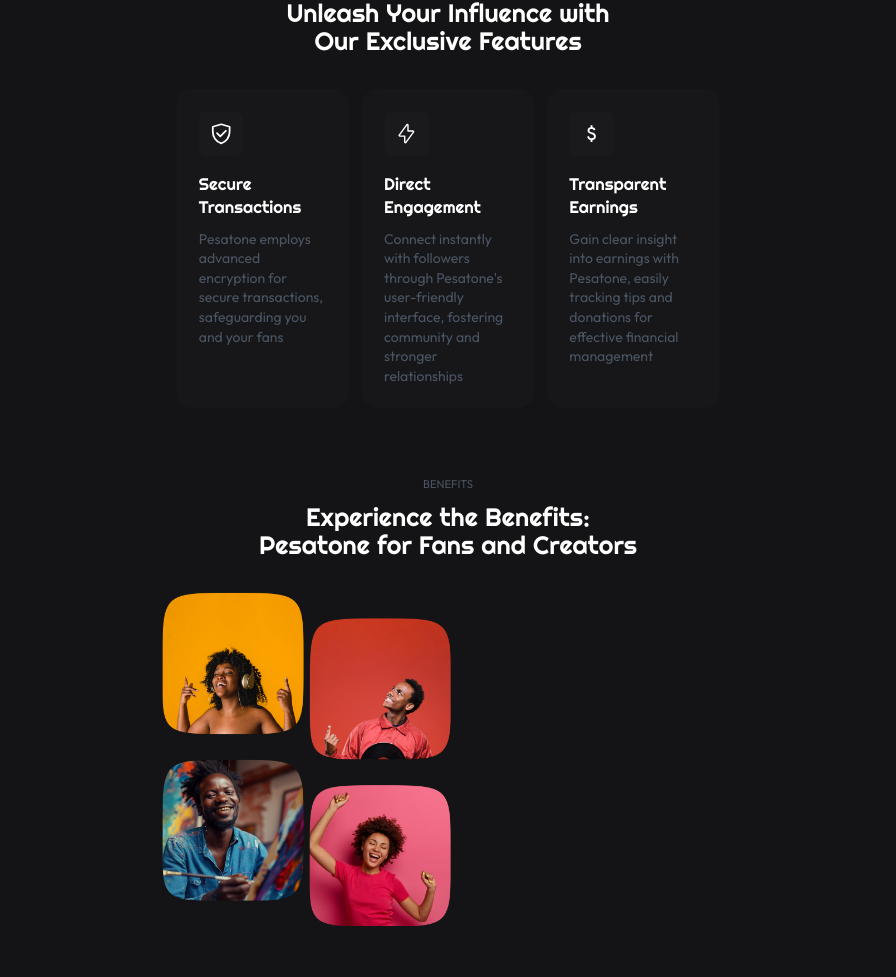
Repository: felixdusengimana/capstone-project-mirror
Page: / (app in frontend/)
An editor plug-in stored every save of this project. The page is shown before and after the next save, followed by the edit.
The browser window is 1280 px wide. The pictures show the part of the page from y = 1077 to 2997 px (the page is 2473 px tall before and 2997 px after), at 70% of full size.
The project was rebuilt for these pictures with package versions that can differ from the ones it lists, and the page was loaded fresh each time. The framework's server and built-in components were replaced by stand-ins that run in the browser. Also part of the build but not shown: frontend/next.config.mjs.

Above is the page before, as saved 2024-03-11 15:17:43.

### frontend/app/layout.tsx
import type { Metadata } from "next";
import { Righteous, Outfit } from "next/font/google";
import "./globals.css";

const outfit = Outfit({ subsets: ["latin"], variable: "--font-outfit" });
const righteous = Righteous({
  subsets: ["latin"],
  variable: "--font-righteous",
  weight: "400",
});

export const metadata: Metadata = {
  title: "Pesatone - Search and gift your favorite creators",
  description:
    "A place where fans show gratitude to the African content creators they love!",
};

export default function RootLayout({
  children,
}: Readonly<{
  children: React.ReactNode;
}>) {
  return (
    <html lang="en">
      <body className={`${outfit.variable} ${righteous.variable} font-sans`}>
        {children}
      </body>
    </html>
  );
}

### frontend/app/page.tsx
import Avatar from "@/components/atoms/Avatar";
import Headline from "@/components/atoms/Headline";
import Card from "@/components/molecules/Card";
import Intro from "@/components/organisms/Intro";
import Navbar from "@/components/organisms/Navbar";
import Image from "next/image";
import React from "react";

export default function page() {
  return (
    <div className="py-[73px]">
      <Navbar />
      <Intro />
      <section className="mt-24 page-padding">
        <div className="max-w-[503px] mx-auto text-center">
          <h5 className="uppercase text-gray-600 mb-4">features</h5>
          <Headline className="text-4xl text-center">
            Unleash Your Influence with Our Exclusive Features
          </Headline>
        </div>
        <div className="grid grid-cols-3 gap-[18px] mt-12">
          <Card title="Secure Transactions" icon="secure">
            Pesatone employs advanced encryption for secure transactions,
            safeguarding you and your fans
          </Card>
          <Card title="Direct Engagement" icon="fast">
            Connect instantly with followers through Pesatone&apos;s
            user-friendly interface, fostering community and stronger
            relationships
          </Card>
          <Card title="Transparent Earnings" icon="dollar">
            Gain clear insight into earnings with Pesatone, easily tracking tips
            and donations for effective financial management
          </Card>
        </div>
      </section>

      <section className="mt-24 page-padding">
        <div className="max-w-[543px] mx-auto text-center">
          <h5 className="uppercase text-gray-600 mb-4">BENEFITS</h5>
          <Headline className="text-4xl text-center">
            Experience the Benefits: Pesatone for Fans and Creators
          </Headline>
        </div>
        <div className="grid grid-cols-2 gap-[18px] mt-12">
          <div className="grid grid-cols-2 w-fit">
            <Avatar
              alt="Profile 1"
              src="/profiles/profile4.png"
              size="2xl"
              circle={false}
              className="ml-[-20px]"
            />
            <Avatar
              alt="Profile 2"
              src={"/profiles/profile3.png"}
              size="2xl"
              circle={false}
              className="mt-[36px]"
            />
            <Avatar
              alt="Profile 3"
              src={"/profiles/profile2.png"}
              size="2xl"
              circle={false}
              className="ml-[-20px]"
            />
            <Avatar
              alt="Profile 4"
              src={"/profiles/profile1.png"}
              size="2xl"
              circle={false}
              className="mt-[36px]"
            />
          </div>
          <div></div>
        </div>
      </section>
    </div>
  );
}

### frontend/app/globals.css
@tailwind base;
@tailwind components;
@tailwind utilities;

:root {
  --bg: #141416;
  --bg-hover: #232326;
  --secondary-color: #17171A;
  --foreground-rgb: 0, 0, 0;
  --background-start-rgb: 214, 219, 220;
  --background-end-rgb: 255, 255, 255;
}

@media (prefers-color-scheme: dark) {
  :root {
    --foreground-rgb: 255, 255, 255;
    --background-start-rgb: 0, 0, 0;
    --background-end-rgb: 0, 0, 0;
  }
}

body {
  background: var(--bg);
  color: rgb(var(--foreground-rgb));
}

@layer utilities {
  .text-balance {
    text-wrap: balance;
  }
}

.page-padding {
  padding: 0 252px;
}

### frontend/components/atoms/Avatar.tsx
/* eslint-disable @next/next/no-img-element */
import { ComponentProps } from "react";
import Icon from "./Icon";

interface AvatarProps extends ComponentProps<"div"> {
  src: string;
  alt?: string;
  size?: "sm" | "md" | "lg" | "xl" | "2xl";
  circle?: boolean;
  bordered?: boolean;
  fallBackText?: string;
}
export default function Avatar({ ...props }: AvatarProps) {
  const {
    src,
    alt,
    size = "sm",
    circle = true,
    fallBackText,
    bordered,
    ...rest
  } = props;

  const sizeClasses = {
    sm: "w-10 h-10",
    md: "w-12 h-12",
    lg: "w-16 h-16",
    xl: "w-[150px] h-[150px]",
    "2xl": "w-[202px] h-[202px]",
  };

  return (
    <div
      {...rest}
      className={`${src ? "bg-transparent" : "bg-gray-100"} ${
        circle ? "rounded-full" : "rounded"
      } ${bordered ? "border-2 border-white" : ""} ${sizeClasses[size]} ${
        rest.className
      } flex items-center justify-center overflow-hidden`}
    >
      {src ? (
        <img
          src={src}
          alt={alt}
          className={`w-full ${sizeClasses[size]} object-cover`}
        />
      ) : fallBackText ? (
        fallBackText
      ) : (
        <Icon name="user" />
      )}
    </div>
  );
}

### frontend/components/atoms/Headline.tsx
import { ComponentProps } from "react";

interface HeadlineProps extends ComponentProps<"h1"> {}

export default function Headline({ ...props }: HeadlineProps) {
  return (
    <div className={`font-mono text-white ${props.className}`}>
      {props.children}
    </div>
  );
}

### frontend/components/molecules/Card.tsx
import { ComponentProps, ReactNode } from "react";
import Icon, { IconNames } from "../atoms/Icon";
import Headline from "../atoms/Headline";

interface CardProps extends ComponentProps<"div"> {
  icon?: IconNames;
  title: string;
}

export default function Card({ ...props }: CardProps) {
  const { icon, title, ...rest } = props;
  return (
    <div {...rest} className={`bg-[#171719] p-8 rounded-[23px]`}>
      {icon && (
        <div className="w-16 h-16 rounded-[11px] bg-[#1A1A1C] flex items-center justify-center">
          <Icon name={icon} />
        </div>
      )}
      <Headline className="text-2xl font-normal mt-6">{title}</Headline>
      <p className="text-gray-600 font-normal text-xl mt-4 max-w-[333px]">
        {props.children}
      </p>
    </div>
  );
}

### frontend/components/organisms/Intro.tsx
"use client";

import Headline from "@/components/atoms/Headline";
import Search from "@/components/molecules/Search";
import DownloadApp from "../molecules/DownloadApp";

export default function Intro() {
  return (
    <div className="grid grid-cols-2 pl-[252px]">
      <div className="mt-40">
        <Headline className="text-[64px] leading-[79.47px]">
          Search and gift your favorite creators
        </Headline>
        <p className="text-xl text-gray-600 max-w-[535px] mt-5">
          A place where fans show gratitude to the African content creators they
          love!
        </p>
        <Search className="max-w-[502px] mt-10" />

        <p className="text-gray-600 mt-24 text-base">
          Trusted Users <br />
          Rated 4.5 by 700K+ Customers
        </p>
        <div className="flex gap-6 mt-6">
          <DownloadApp os="android" />
          <DownloadApp os="ios" className="px-[42px]" />
        </div>
      </div>
      <div className="h-full w-full">
        {/* eslint-disable-next-line @next/next/no-img-element */}
        <img src="./home-bg.png" alt="" className="w-full h-full" />
      </div>
    </div>
  );
}

### frontend/components/organisms/Navbar.tsx
import Image from "next/image";
import Button from "../atoms/Button";
import Link from "next/link";

export default function Navbar() {
  return (
    <div className="page-padding flex justify-between items-center">
      <Link href={"/"} className="flex  items-center gap-2">
        <Image
          src="/logo-white.png"
          alt="PESATONElogo"
          width={40}
          height={40}
        />
        <p className="text-sm">ESATONE</p>
      </Link>
      <div className="flex items-center gap-6">
        <Link href={"/login"}>
          <Button variant="secondary" className="px-12">
            Login
          </Button>
        </Link>
        <Link href={"/join"}>
          <Button variant="white" className="font-semibold">
            Sign up free
          </Button>
        </Link>
      </div>
    </div>
  );
}

### frontend/components/atoms/Icon.tsx
import { ComponentProps } from "react";

// export icons names
export type IconNames =
  | "user"
  | "search"
  | "google-play"
  | "apple-store"
  | "secure"
  | "fast"
  | "dollar";
interface IconProps extends ComponentProps<"svg"> {
  name: IconNames;
}

function User({ ...props }) {
  return (
    <svg
      width="41"
      height="40"
      viewBox="0 0 41 40"
      fill="none"
      xmlns="http://www.w3.org/2000/svg"
      {...props}
    >
      <path
        d="M20.5 17.5C23.2614 17.5 25.5 15.2614 25.5 12.5C25.5 9.73858 23.2614 7.5 20.5 7.5C17.7386 7.5 15.5 9.73858 15.5 12.5C15.5 15.2614 17.7386 17.5 20.5 17.5Z"
        stroke="#4B5563"
        stroke-width="2.5"
        stroke-linecap="round"
        stroke-linejoin="round"
      />
      <path
        d="M33 34.1666C32.2083 18.6116 8.79167 18.6116 8 34.1666"
        stroke="#4B5563"
        stroke-width="2.5"
        stroke-linecap="round"
        stroke-linejoin="round"
      />
    </svg>
  );
}

function Search({ ...props }) {
  return (
    <svg
      width="25"
      height="24"
      viewBox="0 0 25 24"
      fill="none"
      xmlns="http://www.w3.org/2000/svg"
      {...props}
    >
      <path
        d="M12.25 21C17.4967 21 21.75 16.7467 21.75 11.5C21.75 6.25329 17.4967 2 12.25 2C7.00329 2 2.75 6.25329 2.75 11.5C2.75 16.7467 7.00329 21 12.25 21Z"
        stroke="white"
        stroke-width="1.5"
        stroke-linecap="round"
        stroke-linejoin="round"
      />
      <path
        d="M22.75 22L20.75 20"
        stroke="white"
        stroke-width="1.5"
        stroke-linecap="round"
        stroke-linejoin="round"
      />
    </svg>
  );
}

function GooglePlay({ ...props }) {
  return (
    <svg
      width="24"
      height="26"
      viewBox="0 0 24 26"
      fill="none"
      xmlns="http://www.w3.org/2000/svg"
      {...props}
    >
      <path
        d="M0.5 1.8021C0.5 1.51614 0.542639 1.28558 0.609847 1.10408L12.3649 12.8601L0.609492 24.6155C0.542481 24.4343 0.5 24.2041 0.5 23.9181V1.8021Z"
        fill="#DBDBDB"
        stroke="#141416"
      />
      <path
        d="M21.7947 13.8705L17.1402 16.5151L13.4871 12.8602L17.1401 9.20711L21.795 11.8518C22.4025 12.1971 22.5898 12.5815 22.5898 12.8607C22.5898 13.14 22.4024 13.5247 21.7947 13.8705Z"
        fill="#DBDBDB"
        stroke="#141416"
      />
      <path
        d="M12.9249 13.5672L1.28237 25.2107C1.53963 25.2489 1.87564 25.1875 2.29386 24.9504L12.9249 13.5672ZM12.9249 13.5672L16.3313 16.9736L2.29424 24.9502L12.9249 13.5672Z"
        fill="#DBDBDB"
        stroke="#141416"
      />
      <path
        d="M2.29386 0.770789L2.29389 0.770804L16.3314 8.74667L12.9258 12.1539L1.28212 0.510202C1.53951 0.471751 1.87563 0.533127 2.29386 0.770789Z"
        fill="#DBDBDB"
        stroke="#141416"
      />
    </svg>
  );
}

function AppleStore({ ...props }) {
  return (
    <svg
      width="18"
      height="22"
      viewBox="0 0 18 22"
      fill="none"
      xmlns="http://www.w3.org/2000/svg"
      {...props}
    >
      <path
        d="M14.8872 11.6924C14.9088 10.0114 15.8116 8.42082 17.2437 7.54036C16.3402 6.25004 14.827 5.43194 13.2526 5.38268C11.5733 5.20642 9.94537 6.38751 9.08966 6.38751C8.21739 6.38751 6.89989 5.40018 5.48116 5.42937C3.6319 5.48911 1.90794 6.5405 1.00824 8.15724C-0.925764 11.5057 0.516826 16.4267 2.36944 19.1333C3.29634 20.4587 4.37962 21.9391 5.79707 21.8866C7.18413 21.8291 7.70217 21.0021 9.37647 21.0021C11.0352 21.0021 11.5213 21.8866 12.9675 21.8532C14.4558 21.8291 15.3936 20.522 16.288 19.1841C16.954 18.2397 17.4664 17.196 17.8064 16.0916C16.0573 15.3518 14.8892 13.5916 14.8872 11.6924Z"
        fill="#DBDBDB"
      />
      <path
        d="M12.1555 3.60268C12.967 2.62847 13.3668 1.37629 13.27 0.112061C12.0302 0.242281 10.8849 0.83484 10.0624 1.77167C9.25815 2.687 8.83959 3.91715 8.91872 5.13306C10.159 5.14583 11.3783 4.56933 12.1555 3.60268Z"
        fill="#DBDBDB"
      />
    </svg>
  );
}

function Secure({ ...props }) {
  return (
    <svg
      width="32"
      height="32"
      viewBox="0 0 32 32"
      fill="none"
      xmlns="http://www.w3.org/2000/svg"
    >
      <path
        d="M4 6.17063L16.006 2.66663L28 6.17063V13.356C27.9999 17.0384 26.8411 20.6275 24.6877 23.6147C22.5344 26.602 19.4956 28.8359 16.002 30C12.5073 28.836 9.46753 26.6018 7.3134 23.6139C5.15927 20.6261 4.00005 17.0361 4 13.3526V6.17063Z"
        stroke="white"
        stroke-width="2.5"
        stroke-linejoin="round"
      />
      <path
        d="M10 15.3333L14.6667 20L22.6667 12"
        stroke="white"
        stroke-width="2.5"
        stroke-linecap="round"
        stroke-linejoin="round"
      />
    </svg>
  );
}

function Fast({ ...props }) {
  return (
    <svg
      width="33"
      height="32"
      viewBox="0 0 33 32"
      fill="none"
      xmlns="http://www.w3.org/2000/svg"
    >
      <path
        d="M7.1665 19.6667H14.1665V28C14.1665 28.4331 14.4454 28.817 14.8573 28.951C15.2692 29.0849 15.7205 28.9385 15.9752 28.5882L26.6419 13.9215C26.8631 13.6173 26.895 13.2147 26.7243 12.8796C26.5536 12.5444 26.2093 12.3333 25.8332 12.3333H18.8332V4C18.8332 3.56686 18.5543 3.18296 18.1424 3.04902C17.7305 2.91507 17.2792 3.06153 17.0244 3.41183L6.35777 18.0785C6.13654 18.3827 6.10471 18.7853 6.27539 19.1204C6.44607 19.4556 6.79038 19.6667 7.1665 19.6667Z"
        stroke="white"
        stroke-width="2"
        stroke-linecap="round"
        stroke-linejoin="round"
      />
    </svg>
  );
}

function Dollar({ ...props }) {
  return (
    <svg
      width="32"
      height="32"
      viewBox="0 0 32 32"
      fill="none"
      xmlns="http://www.w3.org/2000/svg"
    >
      <path
        d="M14.6999 28V25.1333C13.5222 24.8667 12.5057 24.3556 11.6506 23.6C10.7955 22.8444 10.1675 21.7778 9.7666 20.4L12.2333 19.4C12.5666 20.4667 13.0613 21.2778 13.7173 21.8333C14.3733 22.3889 15.2342 22.6667 16.2999 22.6667C17.211 22.6667 17.9835 22.4613 18.6173 22.0507C19.251 21.64 19.5675 21.0009 19.5666 20.1333C19.5666 19.3556 19.3222 18.7391 18.8333 18.284C18.3444 17.8289 17.211 17.312 15.4333 16.7333C13.5222 16.1333 12.211 15.4169 11.4999 14.584C10.7888 13.7511 10.4333 12.7342 10.4333 11.5333C10.4333 10.0889 10.8999 8.96667 11.8333 8.16667C12.7666 7.36667 13.7222 6.91111 14.6999 6.8V4H17.3666V6.8C18.4777 6.97778 19.3946 7.38356 20.1173 8.01733C20.8399 8.65111 21.3675 9.42311 21.6999 10.3333L19.2333 11.4C18.9666 10.6889 18.5888 10.1556 18.0999 9.8C17.611 9.44444 16.9444 9.26667 16.0999 9.26667C15.1222 9.26667 14.3777 9.48356 13.8666 9.91733C13.3555 10.3511 13.0999 10.8898 13.0999 11.5333C13.0999 12.2667 13.4333 12.8444 14.0999 13.2667C14.7666 13.6889 15.9222 14.1333 17.5666 14.6C19.0999 15.0444 20.2613 15.7502 21.0506 16.7173C21.8399 17.6844 22.2342 18.8009 22.2333 20.0667C22.2333 21.6444 21.7666 22.8444 20.8333 23.6667C19.8999 24.4889 18.7444 25 17.3666 25.2V28H14.6999Z"
        fill="white"
      />
    </svg>
  );
}

export default function Icon({ name, ...props }: IconProps) {
  switch (name) {
    case "user":
      return <User {...props} />;
    case "search":
      return <Search {...props} />;
    case "google-play":
      return <GooglePlay {...props} />;
    case "apple-store":
      return <AppleStore {...props} />;
    case "secure":
      return <Secure {...props} />;
    case "fast":
      return <Fast {...props} />;
    case "dollar":
      return <Dollar {...props} />;
    default:
      return null;
  }
}

### frontend/components/molecules/Search.tsx
"use client";
import { ComponentProps, useEffect, useState } from "react";
import Icon from "../atoms/Icon";

interface SearchProps extends ComponentProps<"div"> {
  placeholder?: string;
  onSearch?: (query: string) => void;
  onClear?: () => void;
}
export default function Search({
  placeholder = "Search for creators",
  onSearch,
  onClear,
  ...props
}: SearchProps) {
  const [query, setQuery] = useState("");

  // return value after 300ms
  useEffect(
    () => {
      const timer = setTimeout(() => {
        onSearch?.(query);
      }, 300);
      return () => clearTimeout(timer);
    },
    // eslint-disable-next-line react-hooks/exhaustive-deps
    [query]
  );

  return (
    <div
      {...props}
      className={`flex bg-[#2C2C3033] px-5 py-4 gap-4 rounded-full ${props.className}`}
    >
      <Icon name="search" onClick={() => onSearch?.(query)} />
      <input
        type="text"
        placeholder={placeholder}
        className="w-full text-white bg-transparent outline-none"
        onChange={(e) => setQuery(e.target.value)}
      />
    </div>
  );
}

### frontend/components/molecules/DownloadApp.tsx
import { ComponentProps } from "react";
import Icon from "../atoms/Icon";

interface DownloadAppProps extends ComponentProps<"div"> {
  os: "android" | "ios";
}

export default function DownloadApp({ os, ...props }: DownloadAppProps) {
  return (
    <div
      {...props}
      className={`flex items-center gap-4 px-10 py-4 border border-[#202024] bg-[#202024] rounded-full cursor-pointer min-w-[202.09px]`}
    >
      <Icon name={os == "android" ? "google-play" : "apple-store"} />
      <div>
        <p className="text-[#DBDBDB] font-medium text-[10px]">
          {os == "android" ? "Get it On" : "Download on the"}
        </p>
        <h3 className="text-[#DBDBDB] font-bold text-sm">
          {os == "android" ? "Google Play" : "App Store"}
        </h3>
      </div>
    </div>
  );
}

### frontend/components/atoms/Button.tsx
import { ComponentProps } from "react";

interface ButtonProps extends ComponentProps<"button"> {
  variant?: "dark" | "white" | "blurred" | "secondary";
  size?: "sm" | "md" | "lg";
  bordered?: boolean;
}

export default function Button({ ...props }: ButtonProps) {
  const { variant = "dark", size = "md", bordered = false } = props;

  const variantClasses = {
    dark: "bg-black text-white",
    white: "bg-white text-black",
    secondary: "bg-secondary text-white",
    blurred: "bg-blurred text-white",
  };

  const sizeClasses = {
    sm: "px-2 py-1",
    md: "px-8 py-4",
    lg: "px-6 py-3",
  };

  const borderClasses = bordered ? "border border-black" : "";

  return (
    <button
      {...props}
      className={`text-xl font-normal rounded-full ${variantClasses[variant]} ${sizeClasses[size]} ${borderClasses} ${props.className}`}
    >
      {props.children}
    </button>
  );
}

### frontend/tailwind.config.ts
import type { Config } from "tailwindcss";

const config: Config = {
  content: [
    "./pages/**/*.{js,ts,jsx,tsx,mdx}",
    "./components/**/*.{js,ts,jsx,tsx,mdx}",
    "./app/**/*.{js,ts,jsx,tsx,mdx}",
  ],
  theme: {
    extend: {
      // backgroundImage: {
      //   "gradient-radial": "radial-gradient(var(--tw-gradient-stops))",
      //   "gradient-conic":
      //     "conic-gradient(from 180deg at 50% 50%, var(--tw-gradient-stops))",
      // },
      fontFamily: {
        sans: ["var(--font-outfit)"],
        mono: ["var(--font-righteous)"],
      },
      colors: {
        secondary: "var(--secondary-color)",
      },
    },
  },
  plugins: [],
};
export default config;

After the next save:
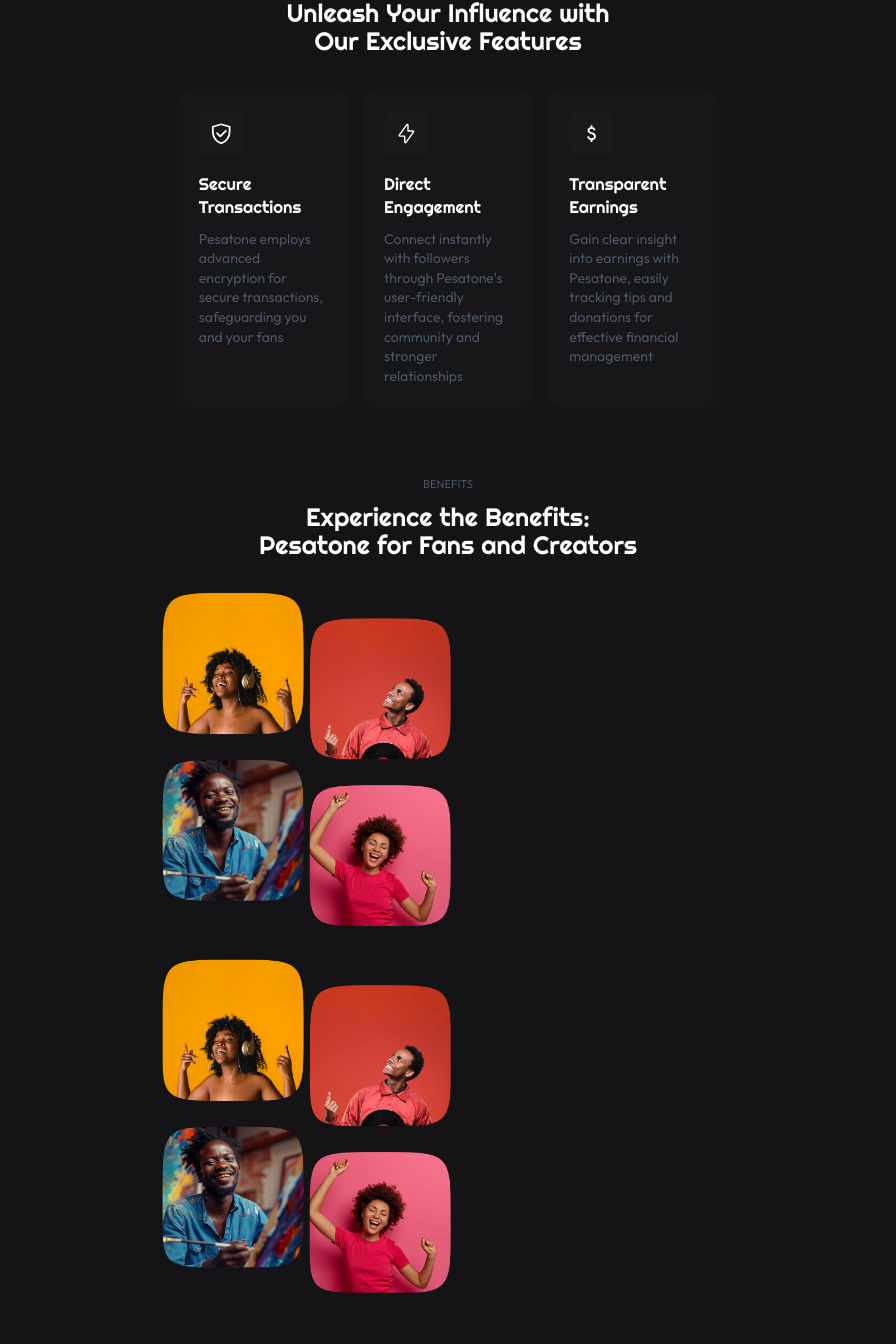
Saved 59 s later.
--- a/frontend/app/page.tsx
+++ b/frontend/app/page.tsx
@@ -75,6 +75,40 @@ export default function page() {
           </div>
           <div></div>
         </div>
+
+        <div className="grid grid-cols-2 gap-[18px] mt-12">
+          <div className="grid grid-cols-2 w-fit">
+            <Avatar
+              alt="Profile 1"
+              src="/profiles/profile4.png"
+              size="2xl"
+              circle={false}
+              className="ml-[-20px]"
+            />
+            <Avatar
+              alt="Profile 2"
+              src={"/profiles/profile3.png"}
+              size="2xl"
+              circle={false}
+              className="mt-[36px]"
+            />
+            <Avatar
+              alt="Profile 3"
+              src={"/profiles/profile2.png"}
+              size="2xl"
+              circle={false}
+              className="ml-[-20px]"
+            />
+            <Avatar
+              alt="Profile 4"
+              src={"/profiles/profile1.png"}
+              size="2xl"
+              circle={false}
+              className="mt-[36px]"
+            />
+          </div>
+          <div></div>
+        </div>
       </section>
     </div>
   );
